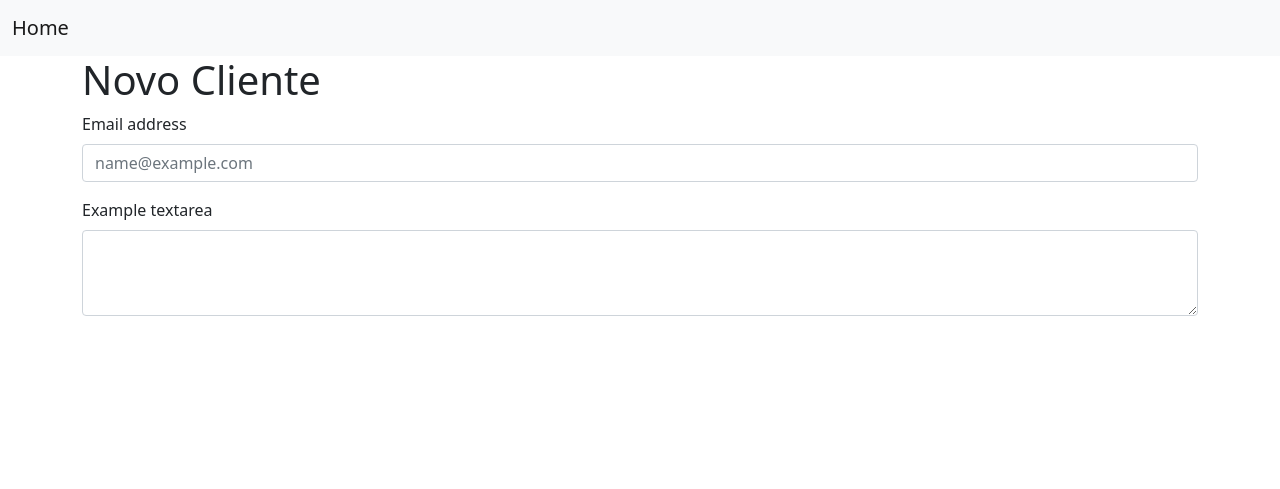
Repository: Luckycaat/eloquent-ORM
Page: http://localhost/clients/create
An editor plug-in stored every save of this project. The page is shown before and after the next save, followed by the edit.
The browser window is 1280 px wide. The pictures show the whole page.
The page is served by the project's Laravel application, run on PHP 8.4 with Laravel 9. Other server files are loaded and not shown.

Above is the page before, as saved 2022-09-20 15:28:26.

### routes/web.php
<?php

use App\Http\Controllers\ClientController;
use App\Http\Controllers\Saudacao;
use App\Http\Controllers\SiteController;

use Illuminate\Support\Facades\Route;

/*
|--------------------------------------------------------------------------
| Web Routes
|--------------------------------------------------------------------------
|
| Here is where you can register web routes for your application. These
| routes are loaded by the RouteServiceProvider within a group which
| contains the "web" middleware group. Now create something great!
|
*/

// Route::get('/', function () {
//     return view('welcome');
// });

Route::get('/', [SiteController::class, 'index'])->name('index');
Route::get('/sobre', [SiteController::class, 'sobre']);
Route::get('/servicos', [SiteController::class, 'servicos']);
Route::get('/servico/{id}', [SiteController::class, 'servico']);

Route::get('/saudacao/{nome?}', Saudacao::class);

Route::get('/clients', [ClientController::class, 'index'])->name('clients.index');
Route::get('/clients/create', [ClientController::class, 'create'])->name('clients.create');
Route::get('/clients/{id}', [ClientController::class, 'show'])->name('clients.show');

### app/Http/Controllers/Saudacao.php
<?php

namespace App\Http\Controllers;

use Illuminate\Contracts\View\View;
use Illuminate\Http\Request;

class Saudacao extends Controller
{
    /**
     * Handle the incoming request.
     *
     * @param  string $nome
     * @return void
     */
    public function __invoke(string $nome = 'Pedro')
    {
        return view('saudacao', [
            'nome' => $nome,
        ]);
        // return view('saudacao')->with('nome', $nome);

    }
}

### app/Http/Controllers/ClientController.php
<?php

namespace App\Http\Controllers;

use Illuminate\Http\Request;
use App\Models\Client;

class ClientController extends Controller
{
    public function index()
    {
        $clients = Client::get();

        return view('clients.index', [
            'clients' => $clients,
        ]);
    }

    public function show(int $id)
    {
        $client = Client::find($id);

        return view('clients.show', [
            'client' => $client
        ]);
    }

    public function create()
    {
        return view('clients.create');
    }
}

### resources/views/clients/create.blade.php
@extends('app')
@section('titulo', 'Novo Cliente')
@section('conteudo')
    <h1>Novo Cliente</h1>
    <form action="">
        <div class="mb-3">
            <label for="exampleFormControlInput1" class="form-label">Email address</label>
            <input type="email" class="form-control" id="exampleFormControlInput1" placeholder="name@example.com">
        </div>
        <div class="mb-3">
            <label for="exampleFormControlTextarea1" class="form-label">Example textarea</label>
            <textarea class="form-control" id="exampleFormControlTextarea1" rows="3"></textarea>
        </div>
    </form>

@endsection

### resources/views/app.blade.php
<!doctype html>
<html lang="en">

<head>

    <meta charset="utf-8">
    <meta name="viewport" content="width=device-width, initial-scale=1">


    <link href="https://cdn.jsdelivr.net/npm/bootstrap@5.0.2/dist/css/bootstrap.min.css" rel="stylesheet"
        integrity="sha384-EVSTQN3/azprG1Anm3QDgpJLIm9Nao0Yz1ztcQTwFspd3yD65VohhpuuCOmLASjC" crossorigin="anonymous">

    <title>@yield('titulo')</title>
</head>

<body>
    <nav class="navbar navbar-light bg-light">
        <div class="container-fluid">
            <a class="navbar-brand" href="{{ route('index') }}">Home</a>
        </div>
    </nav>

    <div class="container">
        @yield('conteudo')
    </div>


    <script src="https://cdn.jsdelivr.net/npm/bootstrap@5.0.2/dist/js/bootstrap.bundle.min.js"
        integrity="sha384-MrcW6ZMFYlzcLA8Nl+NtUVF0sA7MsXsP1UyJoMp4YLEuNSfAP+JcXn/tWtIaxVXM" crossorigin="anonymous">
    </script>

</body>

</html>

Loaded but not shown: app/Http/Controllers/Controller.php (common file)

After the next save:
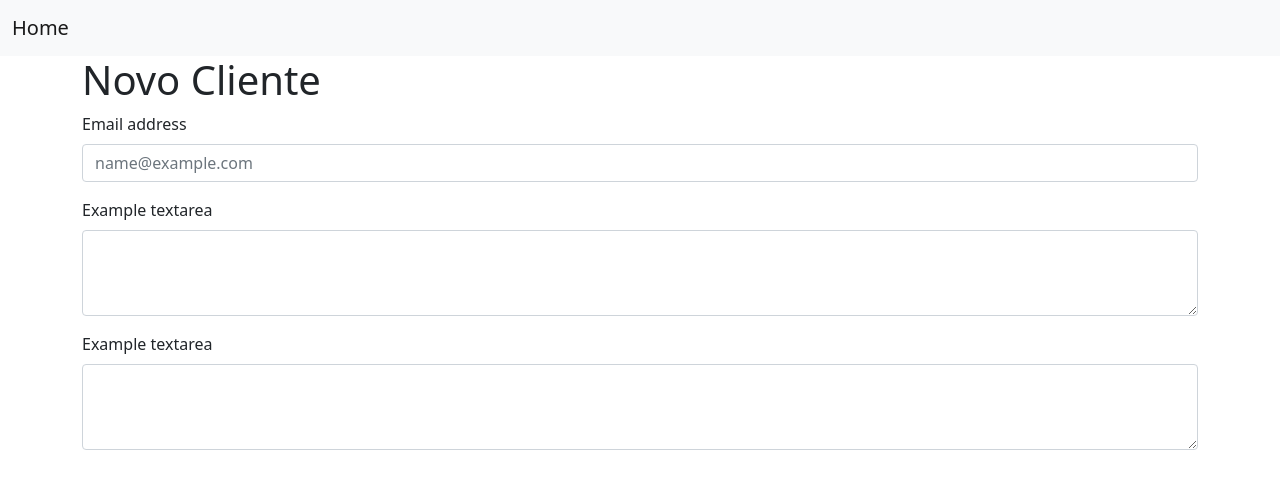
Saved 23 s later.
--- a/resources/views/clients/create.blade.php
+++ b/resources/views/clients/create.blade.php
@@ -11,6 +11,10 @@
             <label for="exampleFormControlTextarea1" class="form-label">Example textarea</label>
             <textarea class="form-control" id="exampleFormControlTextarea1" rows="3"></textarea>
         </div>
+        <div class="mb-3">
+            <label for="exampleFormControlTextarea1" class="form-label">Example textarea</label>
+            <textarea class="form-control" id="exampleFormControlTextarea1" rows="3"></textarea>
+        </div>
     </form>
 
 @endsection
